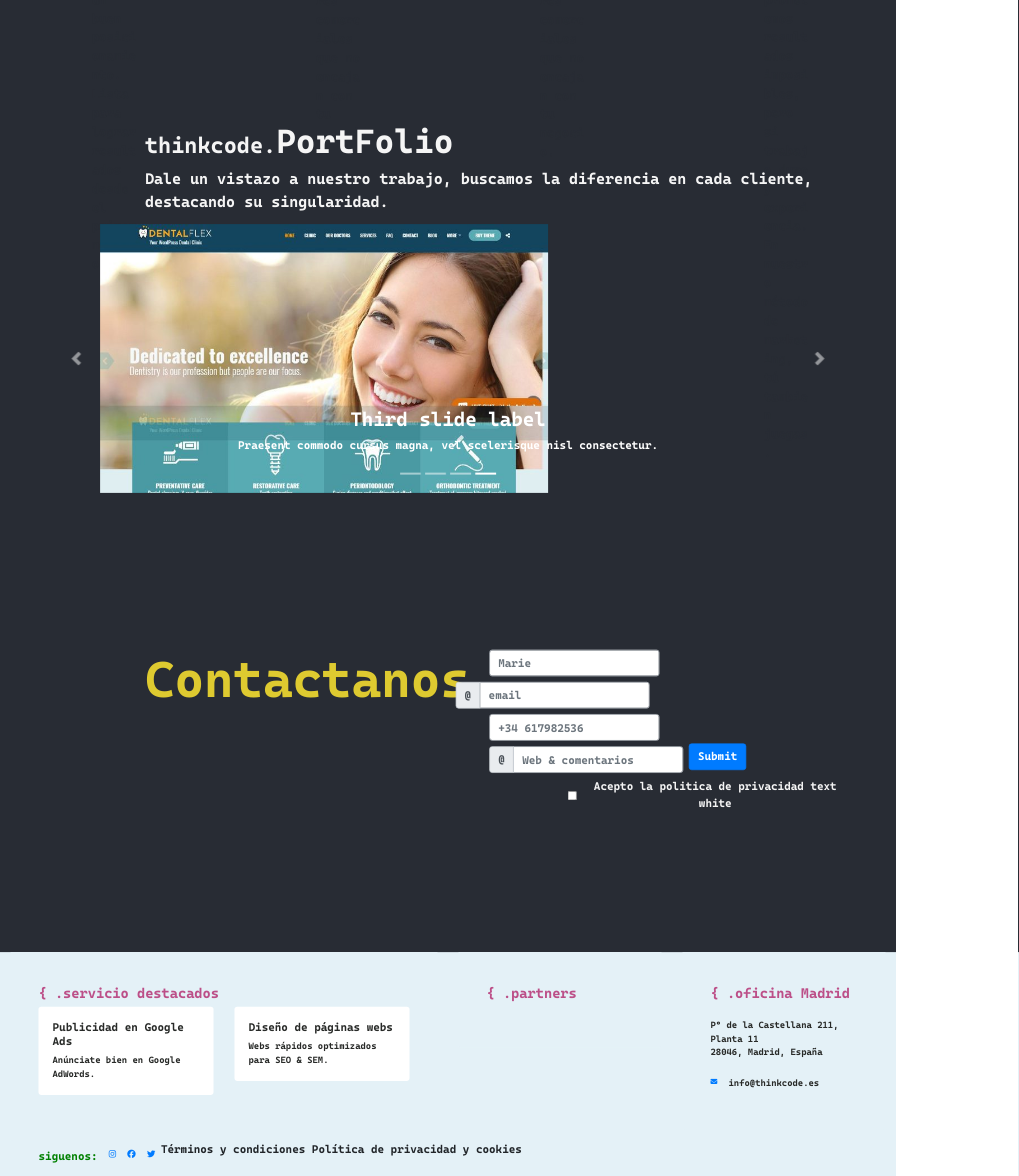
Repository: banchiec/thinkcode
Page: /
These files come from the project's save history. The page is drawn as it stood at one moment and after the next save; the edit follows.
The browser window is 1280 px wide. The page is 1455 px wide, so the pictures cover 1455 px, including what lies to the right of the window. The pictures show the part of the page from y = 2063 to 3743 px (the page is 3743 px tall), at 70% of full size.
Some web libraries are served in a nearby version. The project was rebuilt for these pictures with package versions that can differ from the ones it lists, and the page was loaded fresh each time. Also part of the build but not shown: src/components/MenuItems.js, src/components/Dropdownthink.css, src/components/Dropdownthink.js, src/components/pages/Consulting.js, src/components/pages/ContactUs.js, src/components/pages/Marketing.js, src/components/pages/Products.js, src/components/pages/Services.js and 1 more. Imported but missing from the stored project, and not drawn on this page: src/components/sliderInfo/SliderInfo.

Above is the page before, as saved 2020-11-30 15:30:39.

After the next save:
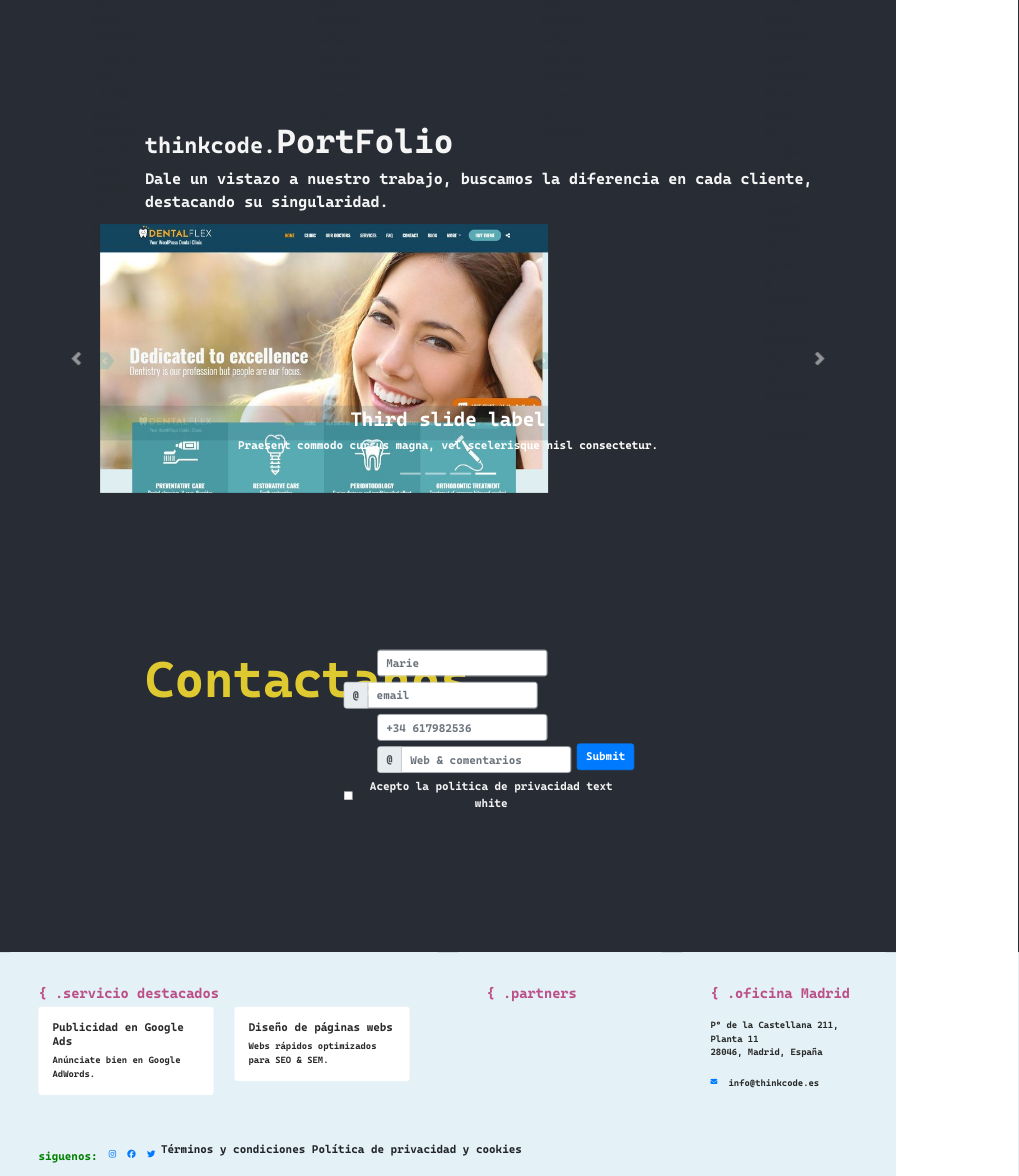
Saved 32 s later.
--- a/src/components/forms/FormContact.css
+++ b/src/components/forms/FormContact.css
@@ -23,7 +23,7 @@
 
 }
 .form-inline {
-    margin-left: 10rem;
+    margin-right: 10rem;
 }
 .check-conditions {
     margin-left: 0;
